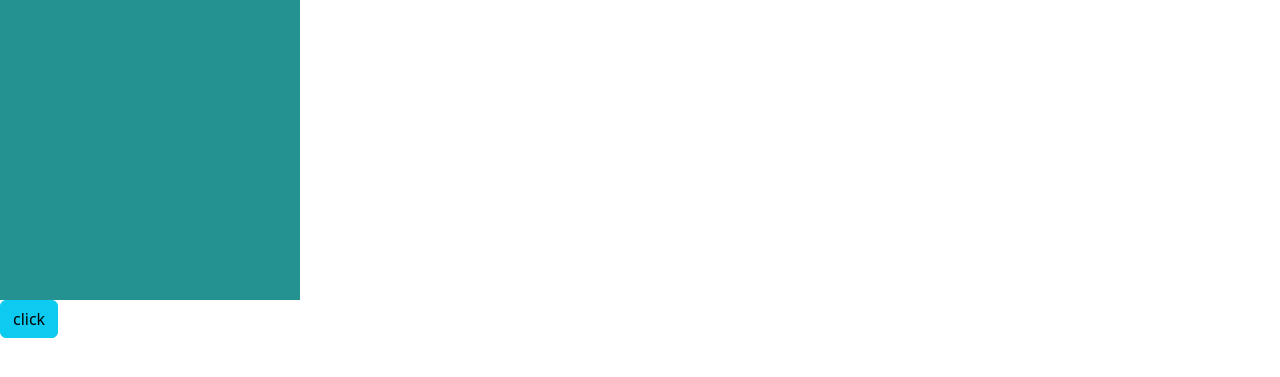
Repository: AmiraNabil97/WeatherApp
Page: index.html
The author's editor kept a copy of each file at every save. The page is drawn from the files as they stood at one save, then again after the next save.
The browser window is 1280 px wide. The pictures show the whole page.
After loading, the first visible `#demo` was clicked once.

Above is the page before, as saved 2023-08-28 11:43:43.

After the next save:
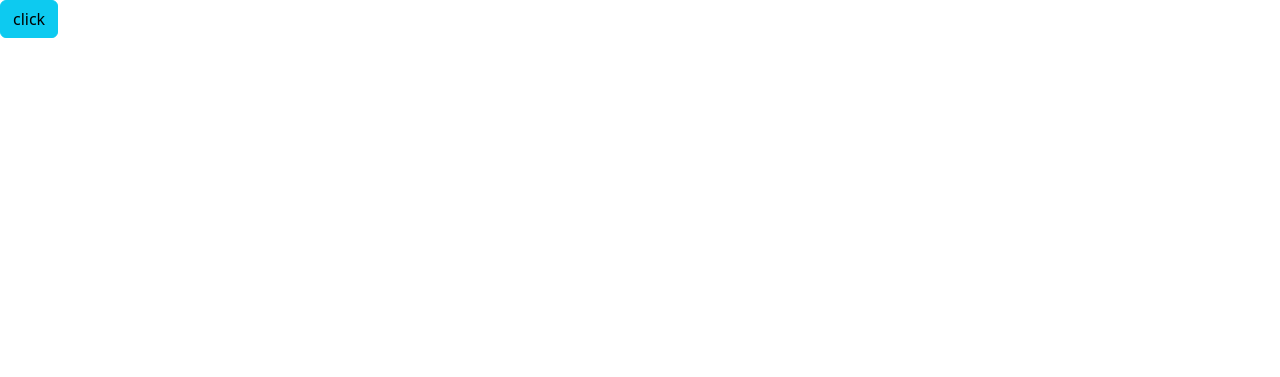
Console error: TypeError: $(...).fade is not a function
Saved 14 s later.
--- a/js/main.js
+++ b/js/main.js
@@ -3,6 +3,6 @@
 //query selector as css formula:
 // $('.demo').hide(2000)
 $('#demo').click( ()=> {
-    $('.demo').fadeIn(2000)
+    $('.demo').fade(2000)
 
 })
